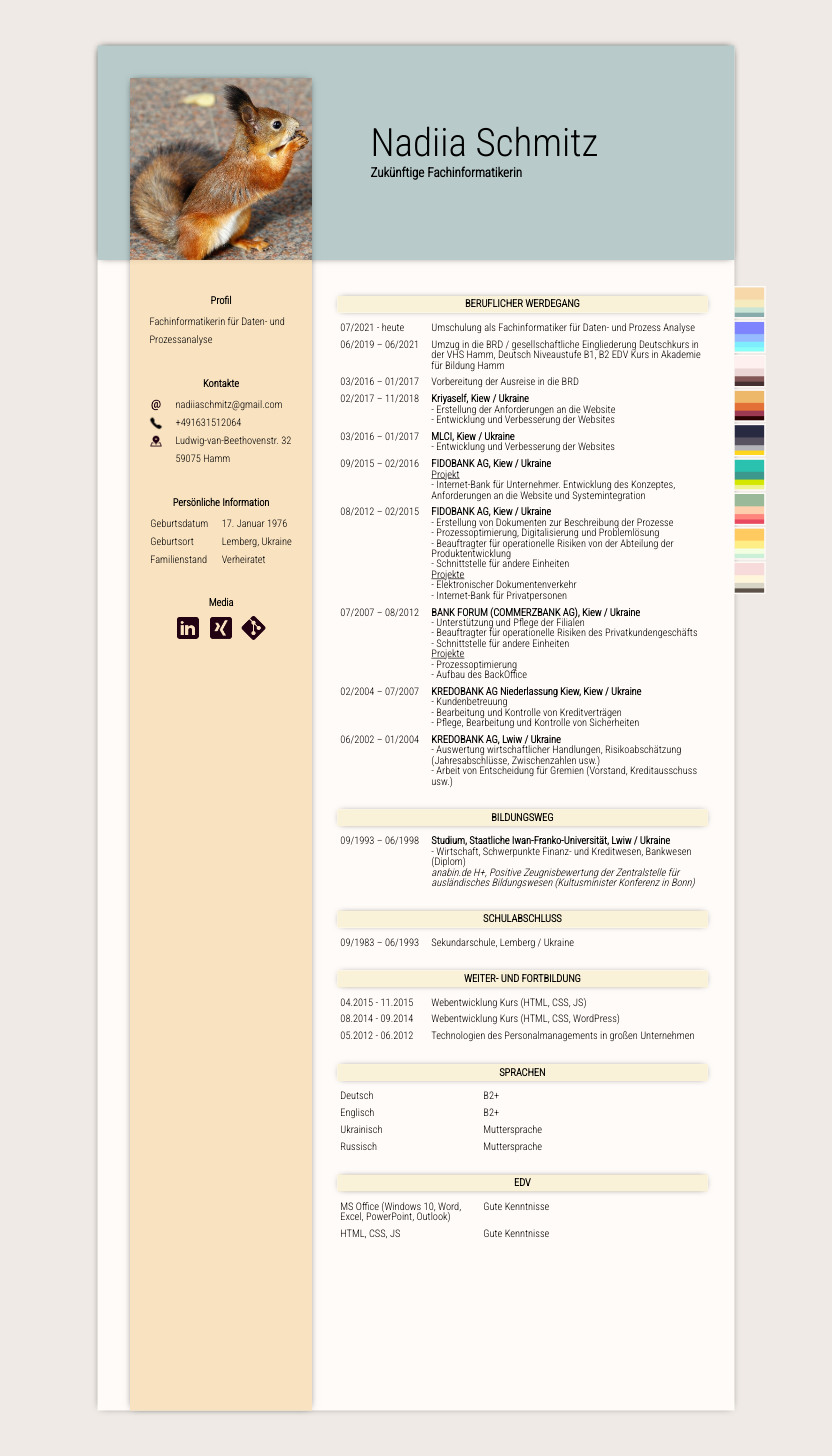
Repository: NadiaSchmitz/lebenslauf.nschmitz.githab.io
Page: index.html
The author's editor kept a record of every edit. The page is drawn from the files as they stood at one moment, then again after the next edit.
The browser window is 1280 px wide. The pictures show the whole page, at 65% of full size.

Above is the page before.

After the next edit:
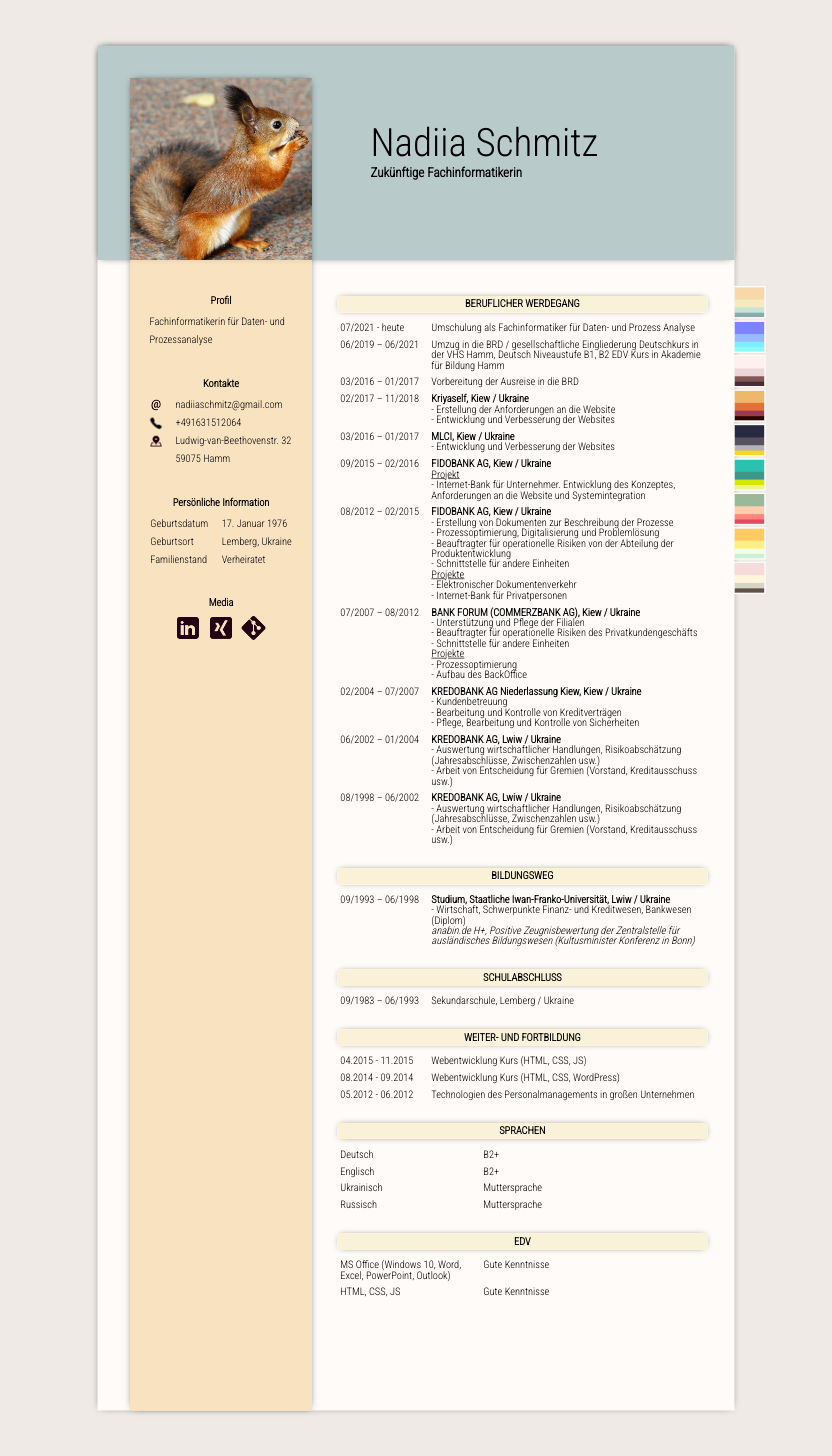
The edit:
--- a/index.html
+++ b/index.html
@@ -198,6 +198,16 @@
                       </ul>
                     </td>
                   </tr>
+                  <tr>
+                    <td>08/1998 – 06/2002</td>
+                    <td>
+                      <span class="employer">KREDOBANK AG, Lwiw / Ukraine</span>
+                      <ul>
+                        <li>-	Auswertung wirtschaftlicher Handlungen, Risikoabschätzung (Jahresabschlüsse, Zwischenzahlen usw.)</li>
+                        <li>-	Arbeit von Entscheidung für Gremien (Vorstand, Kreditausschuss usw.)</li>
+                      </ul>
+                    </td>
+                  </tr>
                 </table>
               </div>
               <div class="sidebar_right_content_item">
